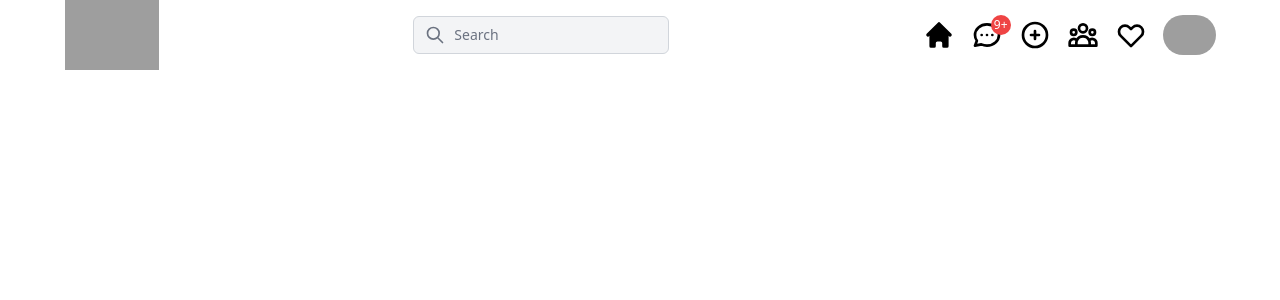
Repository: Qu4ntumGuy/insta-clone
Page: /
The author's editor kept a copy of each file at every save. The page is drawn from the files as they stood at one save, then again after the next save.
The browser window is 1280 px wide. The pictures show the whole page.
Pictures or frames that could not be fetched are drawn as grey boxes. The project was rebuilt for these pictures with package versions that can differ from the ones it lists, and the page was loaded fresh each time. The framework's server and built-in components were replaced by stand-ins that run in the browser. Also part of the build but not shown: next.config.js.

Above is the page before, as saved 2022-03-16 13:32:12.

After the next save:
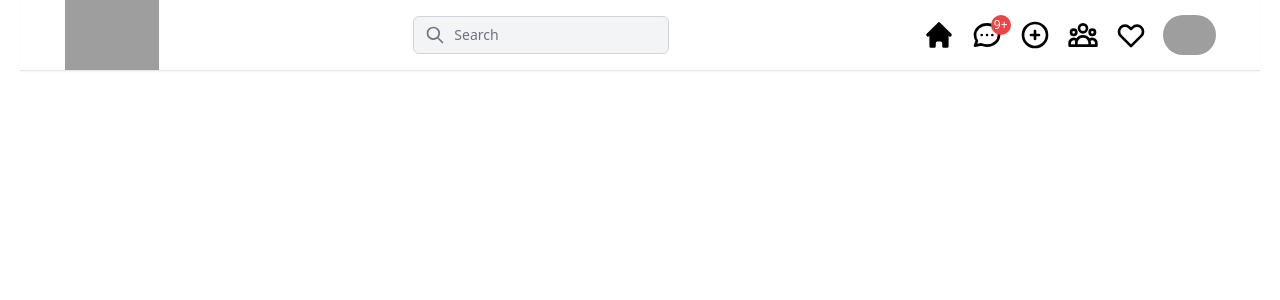
Saved 107 s later.
--- a/components/Header.js
+++ b/components/Header.js
@@ -12,7 +12,7 @@ import { HomeIcon } from "@heroicons/react/solid";
 
 const Header = () => {
   return (
-    <div className="mx-5">
+    <div className="mx-5 shadow-sm border-b bg-white">
       <div className="flex justify-between max-w-6xl lg:mx-auto">
         <div className="relative hidden md:inline-grid w-24 cursor-pointer">
           <Image
